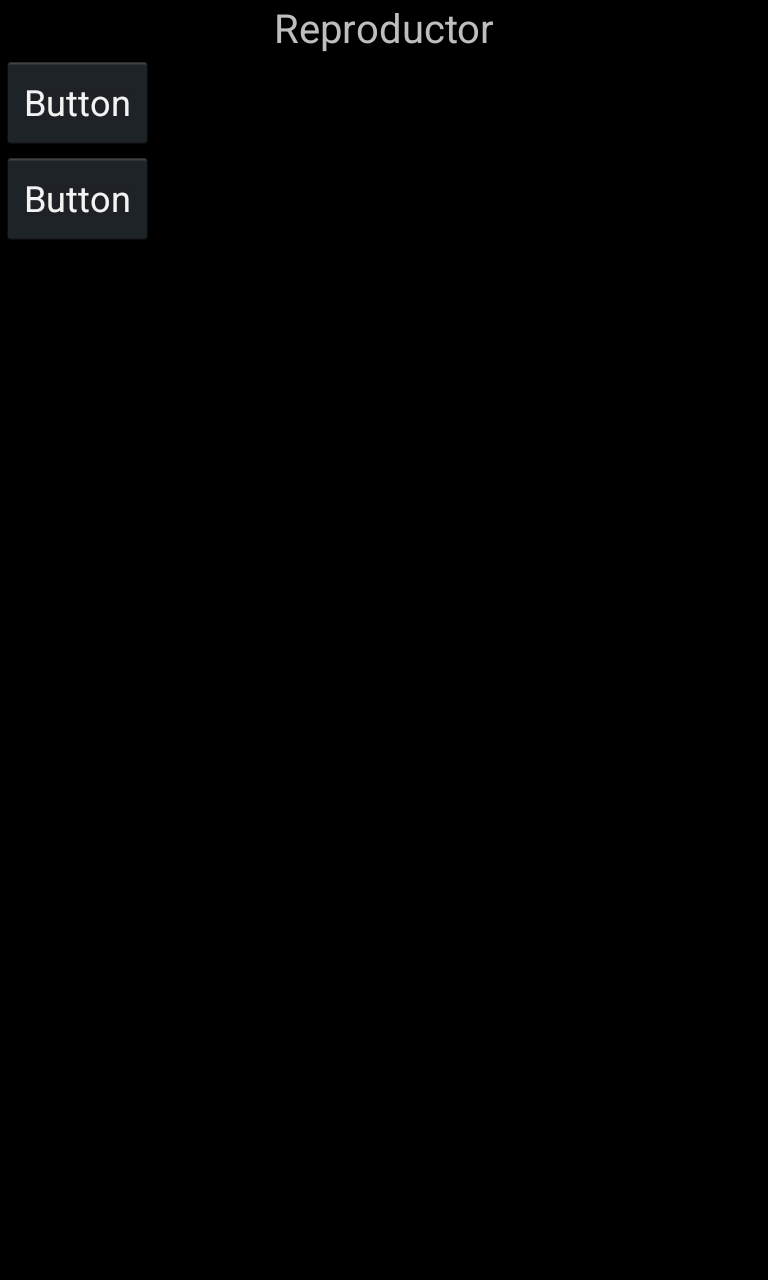
Repository: dorisserruto/un_exercises
Layout: javaandroid/Recursos/workspace-profe/lab13_player1/res/layout/main.xml
The author's editor kept a copy of each file at every save. The layout is drawn from the files as they stood at one save, then again after the next save.
It is drawn on a 768 x 1280 px phone screen (xhdpi) without system bars, with theme android:Theme.Holo; the app's code is not run.

Above is the layout before, as saved 2012-06-24 15:15:51.

After the next save:
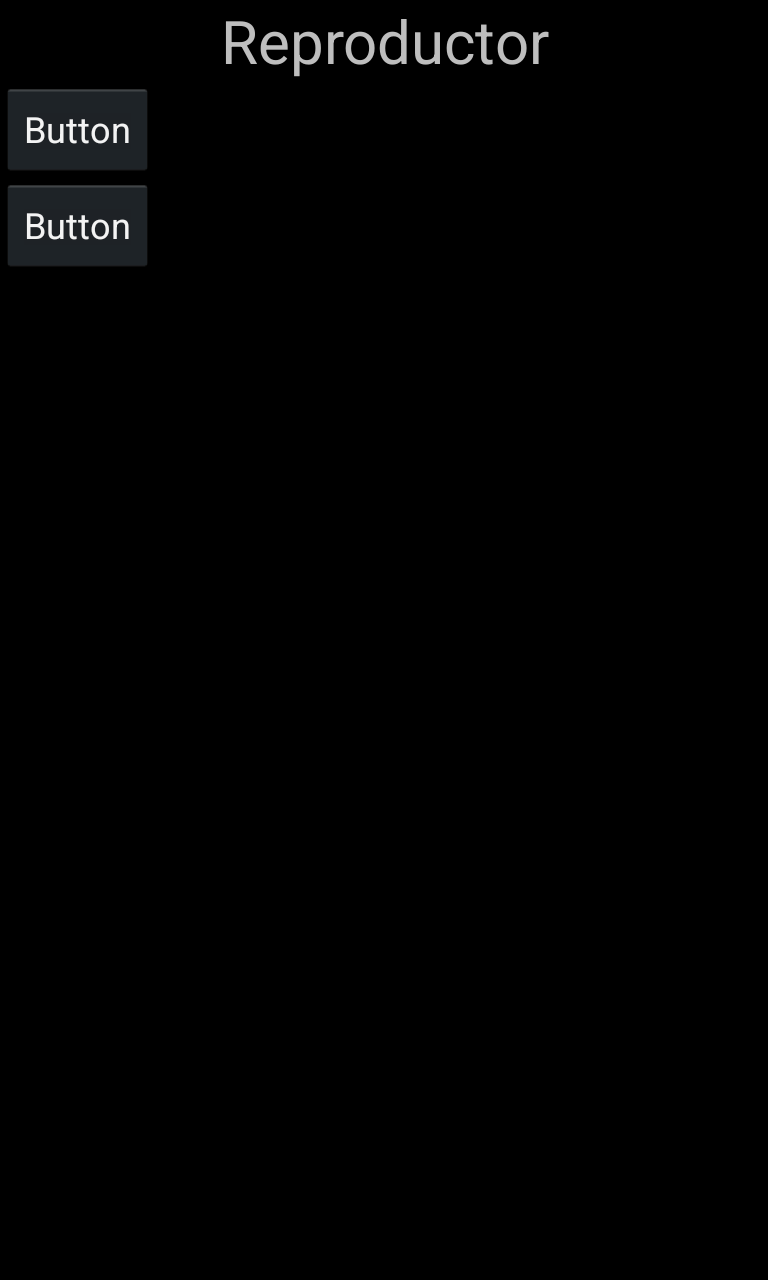
Saved 9 s later.
--- a/javaandroid/Recursos/workspace-profe/lab13_player1/res/layout/main.xml
+++ b/javaandroid/Recursos/workspace-profe/lab13_player1/res/layout/main.xml
@@ -9,7 +9,7 @@
         android:layout_height="wrap_content"
         android:text="Reproductor"
         android:gravity="center"
-        android:textSize="20sp"
+        android:textSize="30sp"
         />
 
     <Button
